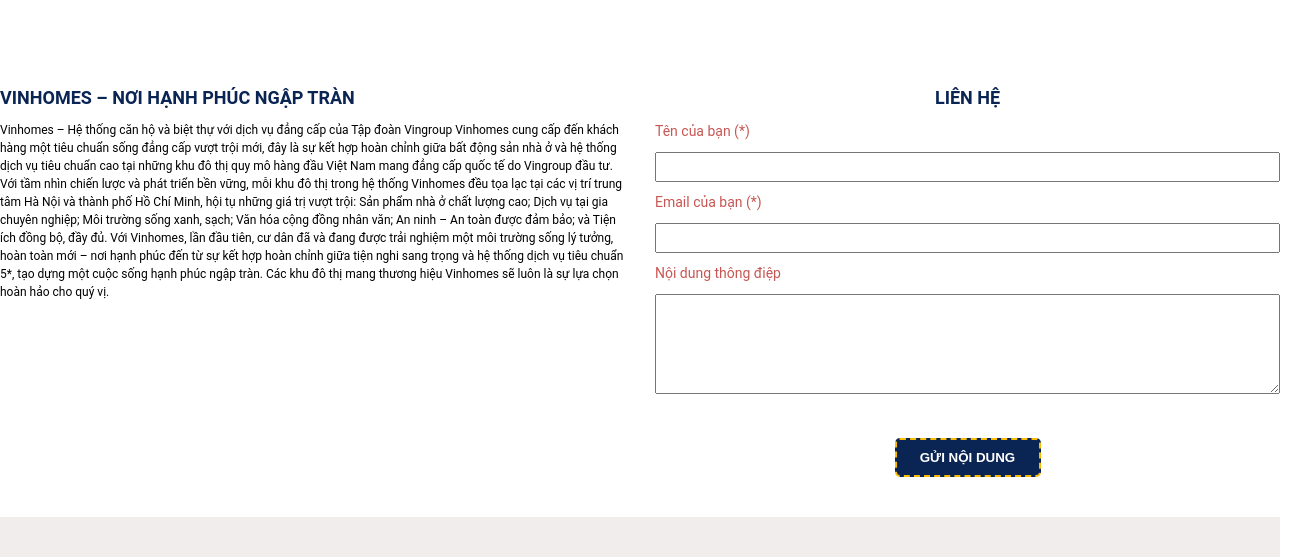
Repository: phamphuc2/fontend-bds
Page: contact.html
These files come from the project's save history. The page is drawn as it stood at one moment and after a run of saves; the edit follows.
The browser window is 1280 px wide. The page is 1295 px wide, so the pictures cover 1295 px, including what lies to the right of the window. The pictures show the part of the page from y = 638 to 1195 px (the page is 1650 px tall).
Pictures or frames that could not be fetched are drawn as grey boxes. Some web libraries are served in a nearby version.

Above is the page before, as saved 2022-06-23 16:43:37.

After the next 2 saves:
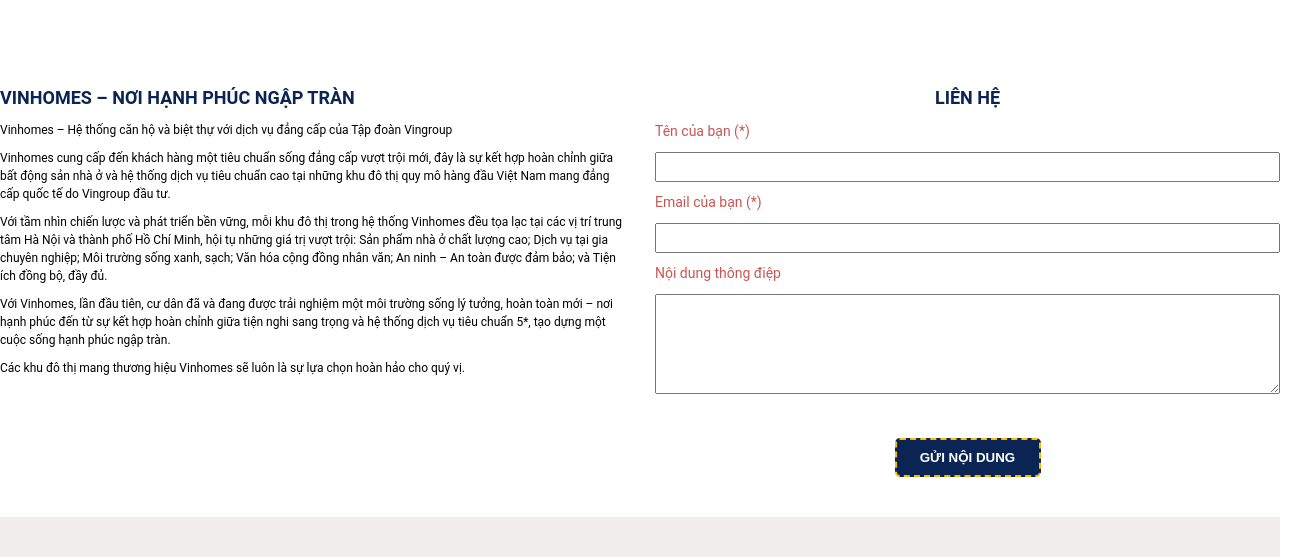
The 2 saves are shown as one change because they came seconds apart.
The last was saved 50 s later.
--- a/contact.html
+++ b/contact.html
@@ -204,15 +204,23 @@
                 <div class="col-lg-6">
                     <h2 class="title-left">VINHOMES – NƠI HẠNH PHÚC NGẬP TRÀN</h2>
                     <div class="desc">
-                        Vinhomes – Hệ thống căn hộ và biệt thự với dịch vụ đẳng cấp của Tập đoàn Vingroup
-
-                        Vinhomes cung cấp đến khách hàng một tiêu chuẩn sống đẳng cấp vượt trội mới, đây là sự kết hợp hoàn chỉnh giữa bất động sản nhà ở và hệ thống dịch vụ tiêu chuẩn cao tại những khu đô thị quy mô hàng đầu Việt Nam mang đẳng cấp quốc tế do Vingroup đầu tư.
-
-                        Với tầm nhìn chiến lược và phát triển bền vững, mỗi khu đô thị trong hệ thống Vinhomes đều tọa lạc tại các vị trí trung tâm Hà Nội và thành phố Hồ Chí Minh, hội tụ những giá trị vượt trội: Sản phẩm nhà ở chất lượng cao; Dịch vụ tại gia chuyên nghiệp; Môi trường sống xanh, sạch; Văn hóa cộng đồng nhân văn; An ninh – An toàn được đảm bảo; và Tiện ích đồng bộ, đầy đủ.
-
-                        Với Vinhomes, lần đầu tiên, cư dân đã và đang được trải nghiệm một môi trường sống lý tưởng, hoàn toàn mới – nơi hạnh phúc đến từ sự kết hợp hoàn chỉnh giữa tiện nghi sang trọng và hệ thống dịch vụ tiêu chuẩn 5*, tạo dựng một cuộc sống hạnh phúc ngập tràn.
-
-                        Các khu đô thị mang thương hiệu Vinhomes sẽ luôn là sự lựa chọn hoàn hảo cho quý vị.
+                        <p>Vinhomes – Hệ thống căn hộ và biệt thự với dịch vụ đẳng cấp của Tập đoàn Vingroup</p>
+
+                        <p>
+                            Vinhomes cung cấp đến khách hàng một tiêu chuẩn sống đẳng cấp vượt trội mới, đây là sự kết hợp hoàn chỉnh giữa bất động sản nhà ở và hệ thống dịch vụ tiêu chuẩn cao tại những khu đô thị quy mô hàng đầu Việt Nam mang đẳng cấp quốc tế do Vingroup đầu tư.
+                        </p>
+
+                       <p>
+                             Với tầm nhìn chiến lược và phát triển bền vững, mỗi khu đô thị trong hệ thống Vinhomes đều tọa lạc tại các vị trí trung tâm Hà Nội và thành phố Hồ Chí Minh, hội tụ những giá trị vượt trội: Sản phẩm nhà ở chất lượng cao; Dịch vụ tại gia chuyên nghiệp; Môi trường sống xanh, sạch; Văn hóa cộng đồng nhân văn; An ninh – An toàn được đảm bảo; và Tiện ích đồng bộ, đầy đủ.
+                       </p>
+
+                       <p>
+                            Với Vinhomes, lần đầu tiên, cư dân đã và đang được trải nghiệm một môi trường sống lý tưởng, hoàn toàn mới – nơi hạnh phúc đến từ sự kết hợp hoàn chỉnh giữa tiện nghi sang trọng và hệ thống dịch vụ tiêu chuẩn 5*, tạo dựng một cuộc sống hạnh phúc ngập tràn.
+                       </p>
+
+                       <p>
+                            Các khu đô thị mang thương hiệu Vinhomes sẽ luôn là sự lựa chọn hoàn hảo cho quý vị.
+                       </p>
                     </div>
                 </div>
                 <div class="col-lg-6">
